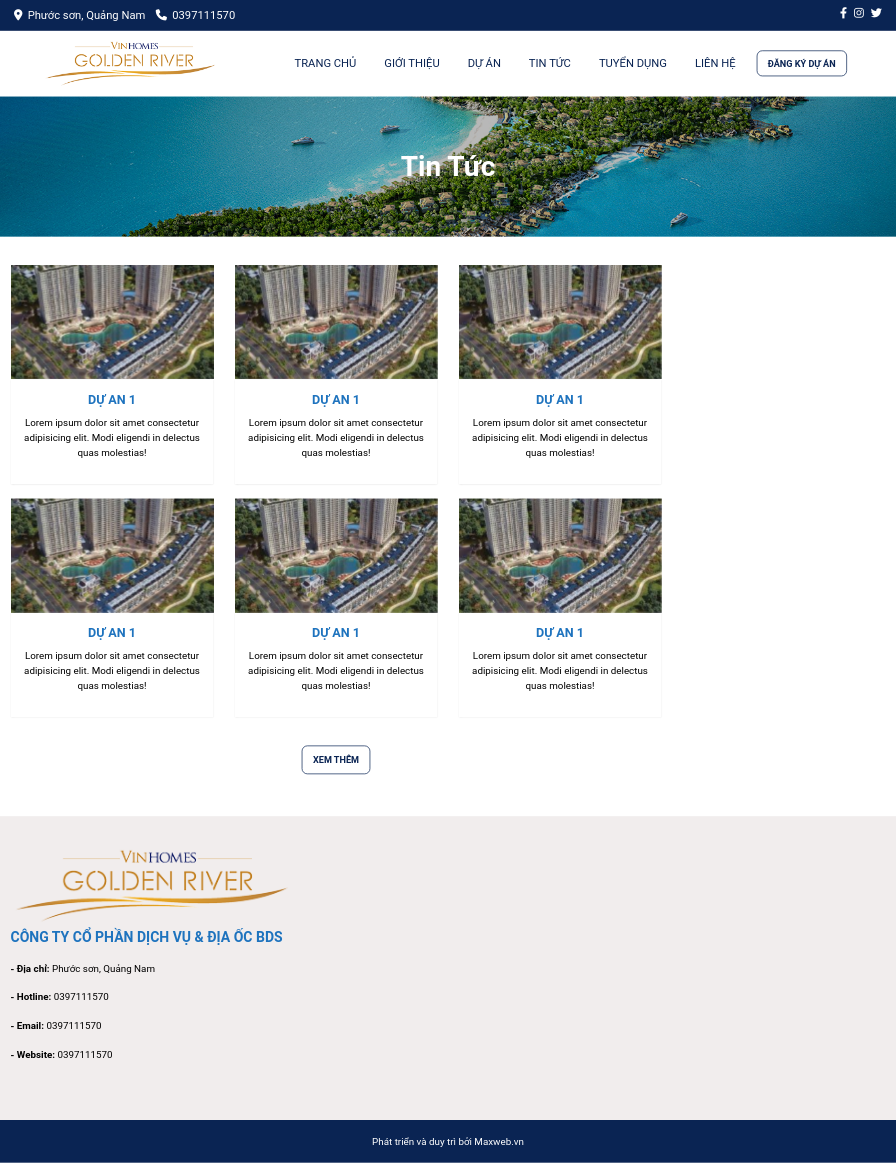
Repository: phamphuc2/fontend-bds
Page: category.html
The author's editor kept a copy of each file at every save. The page is drawn from the files as they stood at one save, then again after the next save.
The browser window is 1280 px wide. The pictures show the whole page, at 70% of full size.
Pictures or frames that could not be fetched are drawn as grey boxes. Some web libraries are served in a nearby version.

Above is the page before, as saved 2022-06-23 16:30:03.

After the next save:
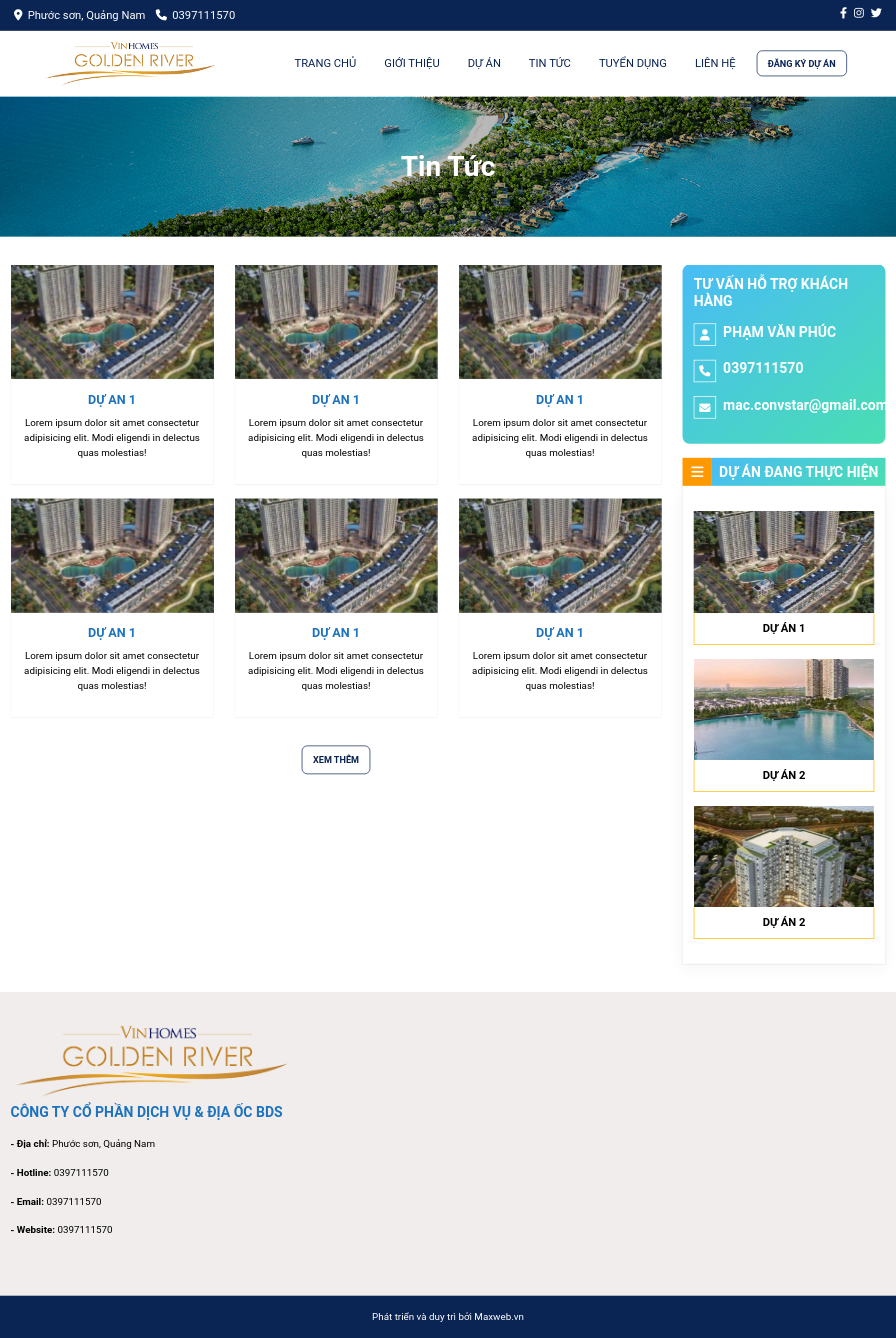
Saved 102 s later.
--- a/category.html
+++ b/category.html
@@ -281,7 +281,65 @@
                     </div>
                 </div>
                 <div class="col-lg-3">
-
+                    <div class="sidebar">
+                        <div class="box-item-support">
+                            <h2 class="title">TƯ VẤN HỖ TRỢ KHÁCH HÀNG</h2>
+                            <ul class="item-support">
+                                <li class="item">
+                                    <span class="icon">
+                                        <i class="fa-solid fa-user"></i>
+                                    </span>
+                                    <span class="title">PHẠM VĂN PHÚC</span>
+                                </li>
+                                <li class="item">
+                                    <span class="icon">
+                                        <i class="fa-solid fa-phone"></i>
+                                    </span>
+                                    <span class="title">0397111570</span>
+                                </li>
+                                <li class="item">
+                                    <span class="icon">
+                                        <i class="fa-solid fa-envelope"></i>
+                                    </span>
+                                    <span class="title">mac.convstar@gmail.com</span>
+                                </li>
+                            </ul>
+                        </div>
+                        <div class="box-item-project">
+                            <h2 class="title">
+                                <span class="icon">
+                                    <i class="fa-solid fa-bars"></i>
+                                </span>
+                                <span class="name-item">DỰ ÁN ĐANG THỰC HIỆN</span>
+                            </h2>
+                            <div class="item-project">
+                                    <a href="" class="item">
+                                        <div class="img-wrap">
+                                            <img src="./assets/images/project1.jpg" alt="">
+                                        </div>
+                                        <div class="item-content">
+                                            <p class="name-project">DỰ ÁN 1</p>
+                                        </div>
+                                    </a>
+                                    <a href="" class="item">
+                                        <div class="img-wrap">
+                                            <img src="./assets/images/project2.jpg" alt="">
+                                        </div>
+                                        <div class="item-content">
+                                            <p class="name-project">DỰ ÁN 2</p>
+                                        </div>
+                                    </a>
+                                    <a href="" class="item">
+                                        <div class="img-wrap">
+                                            <img src="./assets/images/project3.jpg" alt="">
+                                        </div>
+                                        <div class="item-content">
+                                            <p class="name-project">DỰ ÁN 2</p>
+                                        </div>
+                                    </a>
+                            </div>
+                        </div>
+                    </div>
                 </div>
             </div>
         </div>
